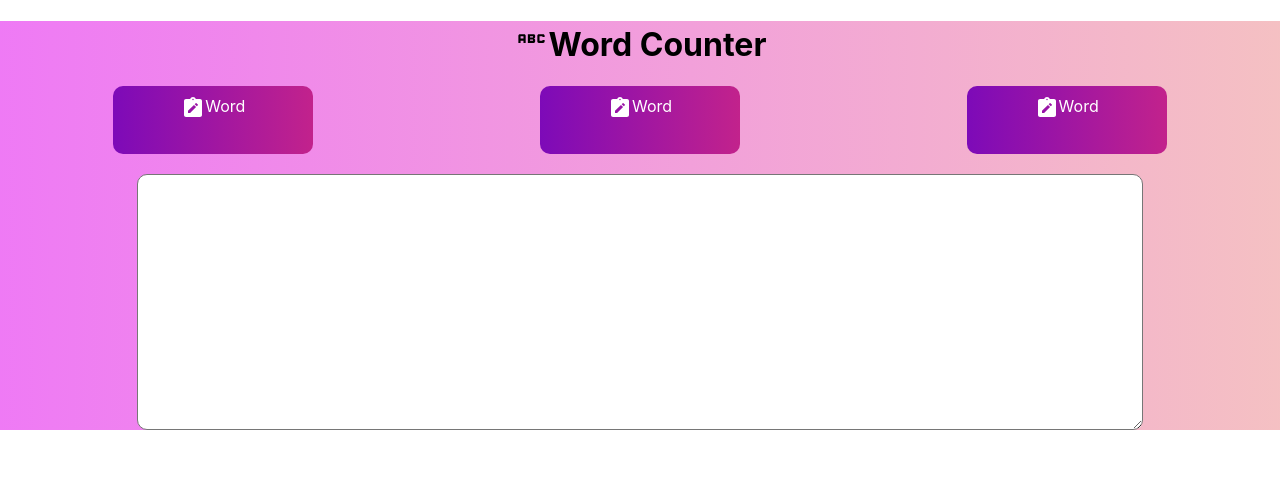
Repository: 123cuongcao/nopbai-basic
Page: /
These files come from the project's save history. The page is drawn as it stood at one moment and after the next save; the edit follows.
The browser window is 1280 px wide. The pictures show the whole page.
The project was rebuilt for these pictures with package versions that can differ from the ones it lists, and the page was loaded fresh each time.

Above is the page before, as saved 2023-08-15 11:37:44.

### src/App.js
import logo from './logo.svg';
// import './App.css';
import Index from './components';

function App() {
  return (
    <>
      <Index/>
    </>
  );
}

export default App;

### src/components/index.jsx
import React from "react";
import Box from "./views/box";
import AbcIcon from '@mui/icons-material/Abc';

export default function Index() {
  return (
    <div
      style={{
        background: "linear-gradient(to right,#e002ec86,#f3b6b9db",

      }}
    >
        <h1 style={{textAlign:'center'}}> <span ><AbcIcon fontSize="large"/></span>Word Counter</h1>

      <div style={{display: "flex",justifyContent:'space-around'}} >
        <Box />
        <Box />
        <Box />
      </div>

      <div style={{display:'flex',justifyContent:'center',marginTop:'20px'}}>
        <textarea style={{width:'1000px',height:'250px',borderRadius:'10px',}}></textarea>
      </div>

    </div>
  );
}

### src/components/views/box.jsx
import React from 'react'
import NoteAltIcon from '@mui/icons-material/NoteAlt';

export default function Box() {
  return (
    <div style={{background:'linear-gradient(to right,#7D0AB8,#C2228C',width:'200px',display:'flex',justifyContent:'center',color:'#ffff',borderRadius:'10px'}}>
      <div style={{display:'flex',padding:"10px 30px 30px 30px"}}>
      <span><NoteAltIcon/></span>
      <span>Word</span>
      </div>


    </div>
  )
}

Loaded but not shown: public/index.html (common file); src/index.js (common file); src/index.css (common file); src/reportWebVitals.js (common file)

After the next save:
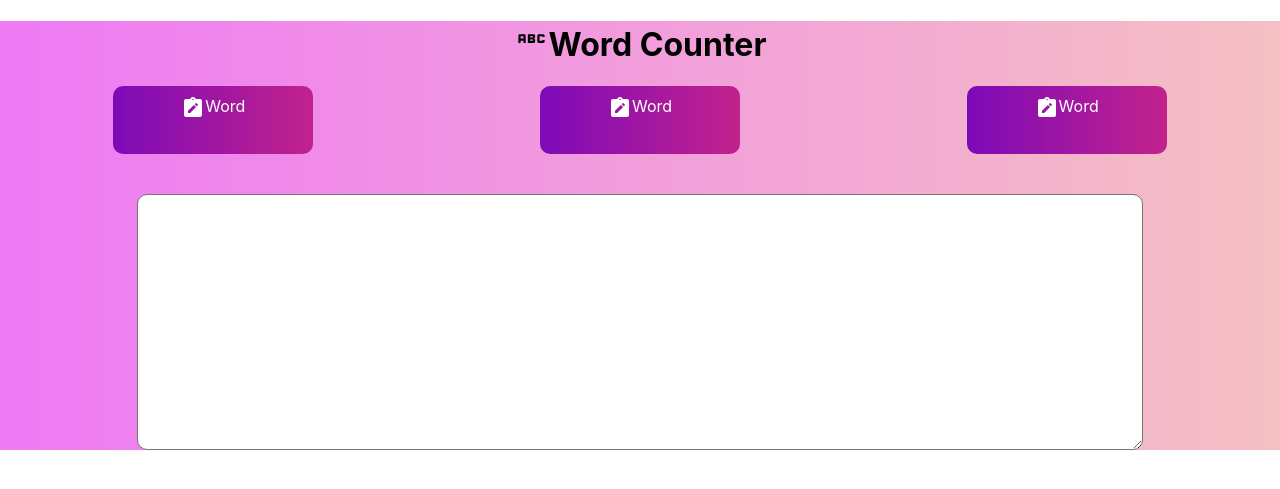
Saved 4 s later.
--- a/src/components/index.jsx
+++ b/src/components/index.jsx
@@ -18,7 +18,7 @@ export default function Index() {
         <Box />
       </div>
 
-      <div style={{display:'flex',justifyContent:'center',marginTop:'20px'}}>
+      <div style={{display:'flex',justifyContent:'center',marginTop:'40px'}}>
         <textarea style={{width:'1000px',height:'250px',borderRadius:'10px',}}></textarea>
       </div>
 
